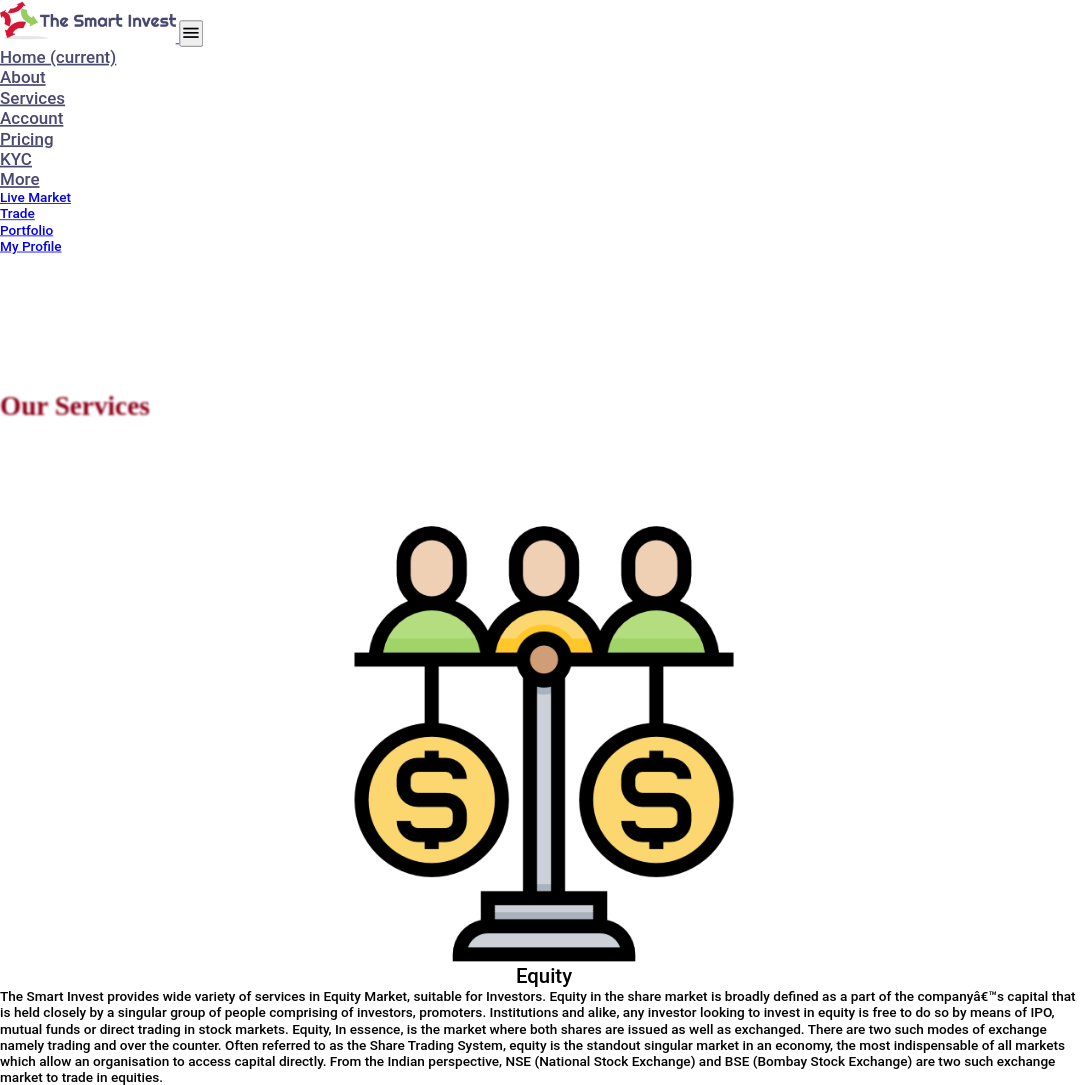
Repository: Demonster1999/Invest-Mart-new
Page: services.html
These files come from the project's save history. The page is drawn as it stood at one moment and after the next save; the edit follows.
The browser window is 1280 px wide. The pictures show the whole page, at 85% of full size.
Some web libraries are served in a nearby version.

Above is the page before, as saved 2020-05-01 21:33:46.
Console error: TypeError: Failed to execute 'addEventListener' on 'EventTarget': parameter 2 is not of type 'Object'.

### services.html
<!doctype html>
<html lang="en">

<head>
  <!-- Required meta tags -->
  <meta charset="utf-8">
  <meta name="viewport" content="width=device-width, initial-scale=1, shrink-to-fit=no">

  <!-- Material Design for Bootstrap fonts and icons -->
  <link rel="stylesheet" href="https://fonts.googleapis.com/css?family=Roboto:300,400,500,700|Material+Icons">

  <!-- Material Design for Bootstrap CSS -->
  <link rel="stylesheet"
    href="https://unpkg.com/bootstrap-material-design@4.1.1/dist/css/bootstrap-material-design.min.css"
    integrity="sha384-wXznGJNEXNG1NFsbm0ugrLFMQPWswR3lds2VeinahP8N0zJw9VWSopbjv2x7WCvX" crossorigin="anonymous">

    <link rel="stylesheet" href="static/css/custom.css">
  <title>Services: Invest-Smart</title>
</head>

<body style = "font-family : ROBOTO MEDIUM" onload="window.addEventListener('load', fadeEffect);">
  <!-- preloader start -->
<div class="preloader" style="opacity: 1;">
  <img src="static/imgs/preloaderspin.svg" class="filler-green" alt="spinner">
</div>
  <!-- preloader end  -->

  <!-- nav start -->

  <nav class="navbar navbar-expand-lg fixed-top   text-center   ">
     <a class="navbar-brand" href="#">
       <img src="static/imgs/smartlogo.png"  height = "50"
         class="d-inline-block align-top" alt="">

     </a>
  <button class="navbar-toggler" type="button" data-toggle="collapse" data-target="#navbarSupportedContent"
    aria-controls="navbarSupportedContent" aria-expanded="false" aria-label="Toggle navigation">
    <span class="navbar-toggler-icon material-icons">menu</span>
  </button>

    <div class="collapse navbar-collapse justify-content-end  " id="navbarSupportedContent">
      <ul class="navbar-nav ">
        <li class="nav-item active mx-2 p-2">
          <a class="nav-link2" href="index.html">Home <span class="sr-only">(current)</span></a>
        </li>

        <li class="nav-item mx-2  p-2">
          <a href="About.html" class="nav-link2">About</a>
        </li>
        <li class="nav-item mx-2 p-2"><a href="services.html" class="nav-link2 ">Services</a></li>
        <li class="nav-item mx-2 p-2"><a href="Account.html" class="nav-link2">Account</a></li>
        <li class="nav-item mx-2 p-2"><a href="pricing.html" class="nav-link2">Pricing</a> </li>
        <li class="nav-item mx-2 p-2">
          <a class="nav-link2 " href="kyc.html">KYC</a>
        </li>
        <li class="nav-item mx-2 p-2 dropdown">
          <a class="nav-link2 dropdown-toggle" href="#" id="navbarDropdown" role="button" data-toggle="dropdown"
            aria-haspopup="true" aria-expanded="false">
            More
          </a>
          <div class="dropdown-menu" style= "background-color : rgba(255,255,255,0.45)" aria-labelledby="navbarDropdown">
            <a class="dropdown-item" href="#">Live Market</a>
            <div class="dropdown-divider"></div>
            <a class="dropdown-item" href="#">Trade</a>
            <div class="dropdown-divider"></div>
            <a class="dropdown-item" href="#">Portfolio</a>
            <div class="dropdown-divider"></div>
            <a class="dropdown-item" href="#">My Profile</a>
          </div>
        </li>

      </ul>

    </div>
  </nav>

  <!--  services Banner  -->

  <div class="top-wrapper p-5 text-center ">

    <h1 >
      Our Services
    </h1>

  </div>

  <!-- services Provided
   -->
   <div class="services container-fluid pt-5 mt-5">
     <div class="row">
      <div class="col-md-6">
       <center>
        <img src="static/imgs/icons/equity.png" width="40%" alt="">
        <h2 class=" m-2"> Equity </h2>
       </center>


       </div>
       <div class="col-md-6">
<p>
  The Smart Invest provides wide variety of services in Equity Market, suitable for Investors. Equity in the share
  market
  is broadly defined as a part of the companyâ€™s capital that is held closely by a singular group of people comprising
  of
  investors, promoters. Institutions and alike, any investor looking to invest in equity is free to do so by means of
  IPO,
  mutual funds or direct trading in stock markets. Equity, In essence, is the market where both shares are issued as
  well
  as exchanged. There are two such modes of exchange namely trading and over the counter. Often referred to as the Share
  Trading System, equity is the standout singular market in an economy, the most indispensable of all markets which
  allow
  an organisation to access capital directly. From the Indian perspective, NSE (National Stock Exchange) and BSE (Bombay
  Stock Exchange) are two such exchange market to trade in equities.
</p>
       </div>


     </div>
   </div>





    <script src="https://code.jquery.com/jquery-3.2.1.slim.min.js"
    integrity="sha384-KJ3o2DKtIkvYIK3UENzmM7KCkRr/rE9/Qpg6aAZGJwFDMVNA/GpGFF93hXpG5KkN"
    crossorigin="anonymous"></script>
  <script src="https://unpkg.com/popper.js@1.12.6/dist/umd/popper.js"
    integrity="sha384-fA23ZRQ3G/J53mElWqVJEGJzU0sTs+SvzG8fXVWP+kJQ1lwFAOkcUOysnlKJC33U"
    crossorigin="anonymous"></script>
  <script src="https://unpkg.com/bootstrap-material-design@4.1.1/dist/js/bootstrap-material-design.js"
    integrity="sha384-CauSuKpEqAFajSpkdjv3z9t8E7RlpJ1UP0lKM/+NdtSarroVKu069AlsRPKkFBz9"
    crossorigin="anonymous"></script>
  <script>$(document).ready(function () { $('body').bootstrapMaterialDesign(); });</script>
  <script>
    const preloader = document.querySelector('.preloader');
    const fadeEffect = setInterval(() => {
      // if we don't set opacity 1 in CSS, then
      // it will be equaled to "" -- that's why
      // we check it, and if so, set opacity to 1
      if (!preloader.style.opacity) {
        preloader.style.opacity = 1;
      }
      if (preloader.style.opacity > 0) {
        preloader.style.opacity -= 0.1;
        preloader.classList.add("loaded");
      } else {
        clearInterval(fadeEffect);
      }

    }, 100);



  </script>
</body>

</html>

### static/css/custom.css
* {
  margin: 0;
  padding: 0;
}

.overlay {
  position: fixed;
  top: 0;
  left: 0;
  width: 100%;
  height: 100%;
  z-index: 1000;
}

html,
body {
  height: 100%;
}

body::-webkit-scrollbar {
  width: 0;

}
/* Nav Style  */
.navbar{
  background-color: rgba(255,255,255,0.45);
}

a.nav-link2{
  font-weight: bolder;
  font-size: 20px;
  color:#484971;

  width:5%;
  transition: .5s;
}
 a.nav-link2:hover{
 color: hsl(351, 69%, 58%);
  font-weight: 900;
   font-size: 25px;

 width:100%;

}
.nav-item a.nav-link:active {
   color: hsl(351, 69%, 58%);
   font-weight: 900;
   font-size: 25px;
   border-bottom: solid #de4a61;
   width: 100%;

 }

 /* nav Styles End  */

/* Picture Caption Hover Effect  */
.container2 {
  position: relative;
  width: 50%;
}

.image {
  display: block;
  width: 100%;
  height: auto;
}

.overlay {
  position: absolute;
  bottom: 0;
  left: 0;
  right: 0;
  background-color: #fff;
  overflow: hidden;
  width: 100%;
  height: 0;
  transition: .5s ease;
}

.container2:hover .overlay {
  height: 100%;
}

.text {
  color: #484971;
  font-size: 15px;
  font-weight: bold;
  position: absolute;
  top: 50%;
  left: 50%;
  -webkit-transform: translate(-50%, -50%);
  -ms-transform: translate(-50%, -50%);
  transform: translate(-50%, -50%);
  text-align: justify;
}
/* Picture Caption hover Effect end  */

.carousel-inner {
  width: 100%;


}

/* main page Carousel */
.carousel-item img {
  opacity: 0.2;
  width: 100%;
  height : 640px;
  object-fit: cover;
}

/* carosel Caption for main page  */
.carousel-caption {
  position : absolute;
  text-align: center;
  top : 30%;
  position:absolute;
  z-index: 30px;

}

/* Position of Join us button and hover */
.pos {
  position: absolute;
  z-index: 60px;
  bottom : 0;
  right: 0;
  font-size: 25px;

}
.pos:hover{
     border: 1px solid #888;
    }


    /* preloader effect */
.preloader {
  align-items: center;
  background: #fff;
  display: flex;
  height: 100vh;
  justify-content: center;
  left: 0;
  position: fixed;
  top: 0;
  transition: opacity 0.3s linear;
  width: 100%;
  z-index: 9999;
  opacity: 1;
  transform: opacity 1s linear;


}
 .filter-green {
   fill: red;

 }
.preloader.loaded {

  display: none;
}

    /* preloader  */


    /* Top wrapper  */
.top-wrapper{
 width : 100%;
 height : 320px;
  background-color: #fff;

}
.top-wrapper h1{
  position: relative;
  color: #8C001A;
  top : 50%;
  filter: blur(1px);
  font-family: cursive;
}

.ourteam{
width:100%;
filter: blur(2px);
opacity: 0.5;

}

.ourteam-text2 {

  color: #484971;
  font-size: 20px;
  font-weight: 500;
  text-align: justify;
  font-family: Cambria,
    Cochin,
    Georgia,
    Times,
    'Times New Roman',
    serif;
}

.ourteam + h1{
  position: absolute;
  top: 40%;
  left : 20%;
  text-align: center;
  color: #8C001A;
  border-bottom: 5px #97cc5e solid;
  border-top: 5px #97cc5e solid;

}


.ourteam-text{

color:#484971;
font-size: 20px ;
font-weight: 500;
text-align: justify;
font-family: Cambria,
Cochin,
Georgia,
Times,
'Times New Roman',
serif;
}


.employee
{
 width: 100%;
 height : 640px;
 filter: drop-shadow(3px);

}

.employee + h1 {
  position: absolute;
  top: 50%;
  color: #fff;

}
@media only screen and (min-width: 768px){


.ourteam + h1 {
  position: absolute;
  top: 40%;
  left: 25%;
  text-align: center;
  font-size: 100px;
  font-family: cursive;
  z-index: 10px;

}

.ourteam-text {

  position: relative;
  top : 25%;
  font-size: xx-large;
}




}

After the next save:
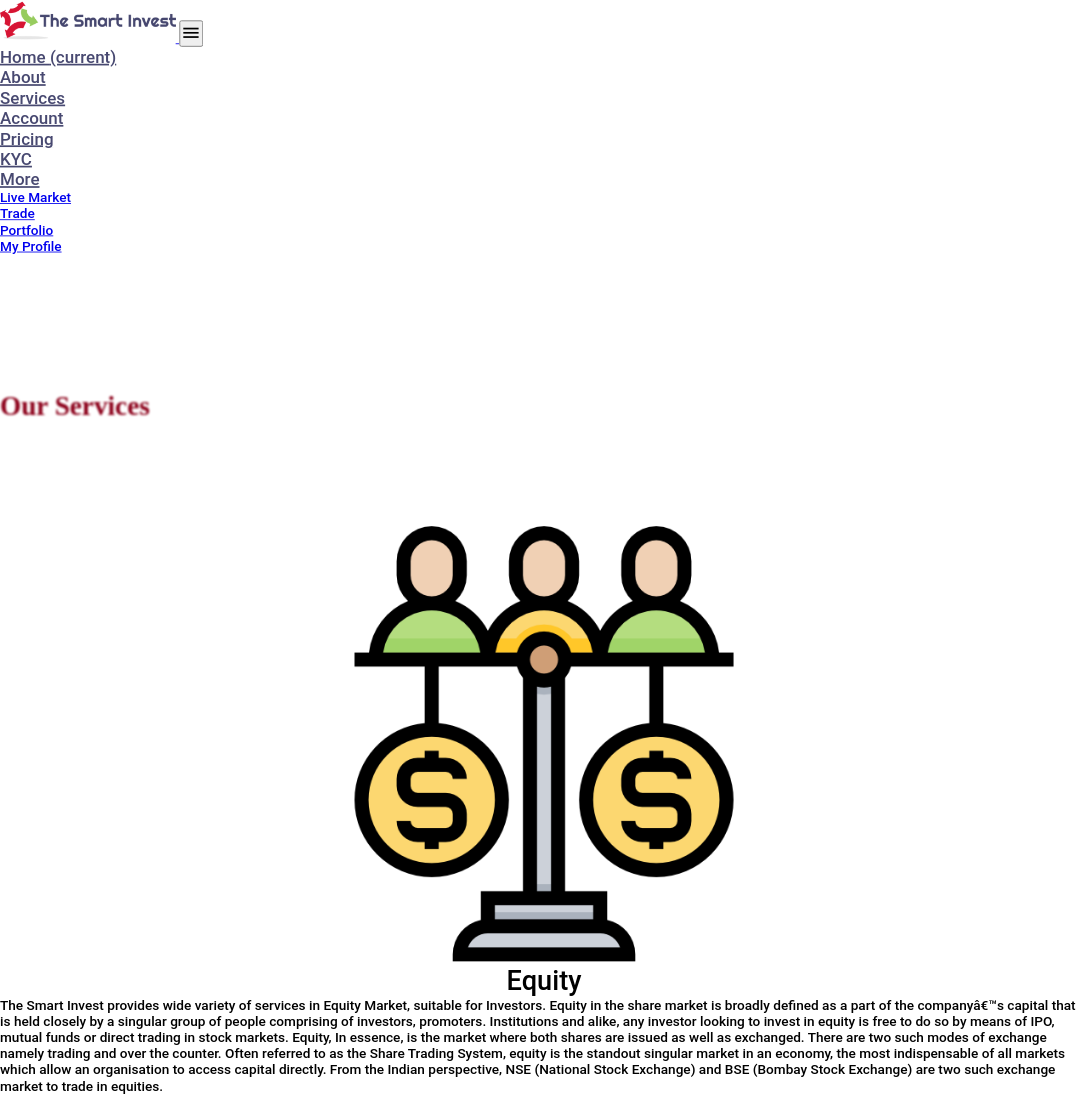
Saved 12 s later.
--- a/services.html
+++ b/services.html
@@ -91,7 +91,7 @@
       <div class="col-md-6">
        <center>
         <img src="static/imgs/icons/equity.png" width="40%" alt="">
-        <h2 class=" m-2"> Equity </h2>
+        <h1 class=" m-2"> Equity </h2>
        </center>
 
 
